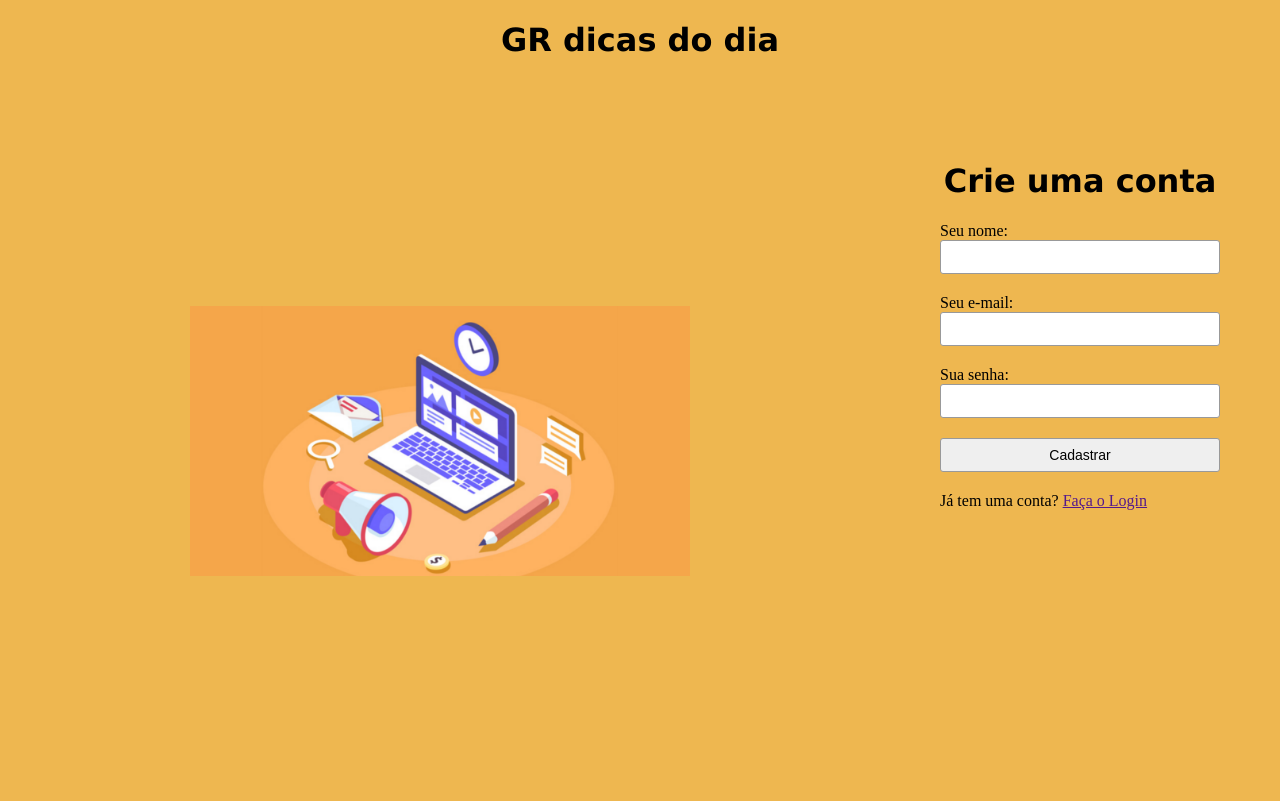
Repository: rafavirginio/tela-de-login
Page: index.html
An editor plug-in stored every save of this project. The page is shown before and after the next save, followed by the edit.
The browser window is 1280 px wide. The pictures show the whole page.

Above is the page before, as saved 2020-09-15 18:23:15.

After the next save:
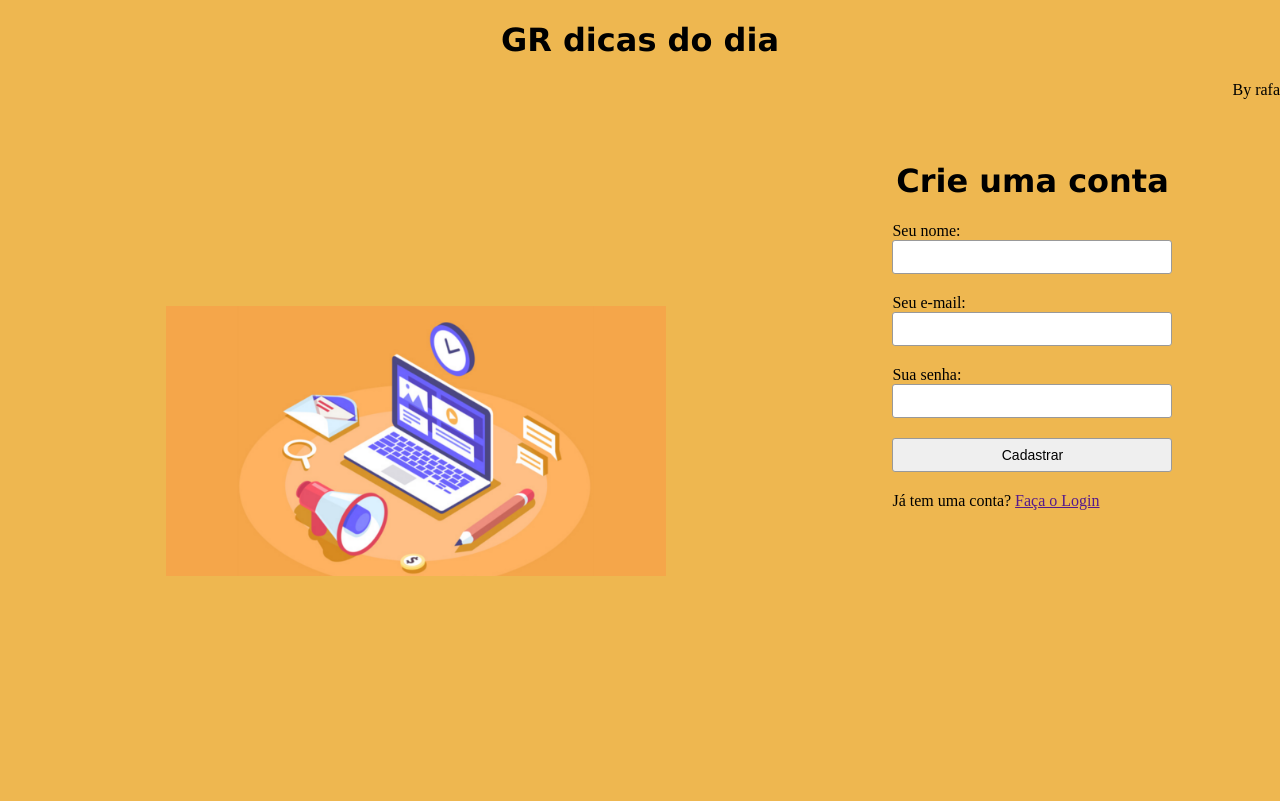
Saved 44 h 9 min later.
--- a/index.html
+++ b/index.html
@@ -11,6 +11,7 @@
 </head>
 
 <body>
+
 
     <div class="screen">
         <div class="leftside">
@@ -43,6 +44,7 @@
                 Já tem uma conta? <a href=""> Faça o Login</a>
             </div>
         </div>
+        <span>By rafa</span>
 
         <script src="script.js"></script>
 </body>
